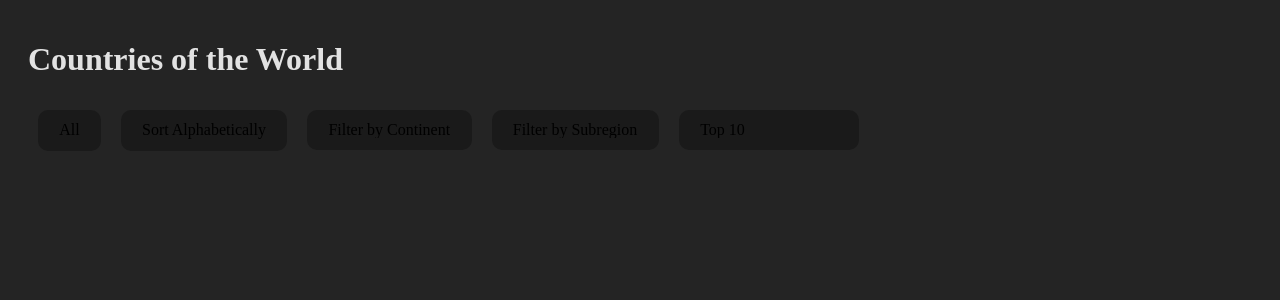
Repository: SandyLy453/comp-lab10
Page: /
These files come from the project's save history. The page is drawn as it stood at one moment and after the next save; the edit follows.
The browser window is 1280 px wide. The pictures show the whole page.
The page's requests for data from a server got no answer. The project was rebuilt for these pictures with package versions that can differ from the ones it lists, and the page was loaded fresh each time. No one was signed in, and anything a server would have sent is missing. Also part of the build but not shown: vite.config.js, src/components/Contry.jsx.

Above is the page before, as saved 2024-11-14 23:17:25.

### src/index.css
:root {
  font-family: "Poppins";
  font-weight: 400;

  color-scheme: light dark;
  color: rgba(255, 255, 255, 0.87);
  background-color: #242424;

  font-synthesis: none;
  text-rendering: optimizeLegibility;
  -webkit-font-smoothing: antialiased;
  -moz-osx-font-smoothing: grayscale;
  padding: 20px;
}

button,
select {
  border-radius: 10px;
  border: 2px solid transparent;
  padding: 0.6em 1.2em;
  font-size: 1em;
  font-weight: 500;
  font-family: inherit;
  background-color: #1a1a1a;
  cursor: pointer;
  transition: border-color 0.25s;
  margin: 10px;
}

button:hover,
select:hover {
  border-color: #79ff64;
}

button:focus,
button:focus-visible {
  border-color: #79ff64;
  background-color: #a2fe93;
  color: #242424;
}

select {
  -webkit-appearance: none; /* Safari support */
  -moz-appearance: none; /* Firefox support */
}

/* card styling */

.cardBox {
  display: flex;
  flex-direction: row;
  flex-wrap: wrap;
  justify-content: center;
  align-items: center;
}

.cardContainer {
  padding: 20px;
  border: 1px solid #79ff64;
  border-radius: 20px;
  margin: 10px 20px 10px 20px;
  width: fit-content;
}

.cardPhoto {
  width: 400px;
  height: auto;
  border-radius: 10px;
}

.cardTitle {
  font-size: 24px;
  margin-bottom: 0;
  padding-bottom: 5px;
}

.breaker {
  width: 400px;
  margin: 0 auto 5px auto;
  color: #79ff64;
  background-color: #79ff64;
  border: 1px solid #79ff64;
}

.cardInfo {
  padding-left: 10px;
}

### src/App.jsx
import { useState, useEffect } from 'react'
import Countries from './components/Contries'

function App() {
  const [countries, setCountries] = useState([]);
  const [filteredCountries, setFilteredCountries] = useState([]);
  const [filter, setFilter] = useState({ continent: "", subregion: "" });

  const uniqueContinents = [
    ...new Set(countries.map((country) => country.continents?.[0])),
  ].filter(Boolean); // Remove undefined values

  const uniqueSubregions = [
    ...new Set(countries.map((country) => country.subregion)),
  ].filter(Boolean); // Remove undefined values

  useEffect(() => {
    // Fetch data from the Rest Countries API
    const fetchData = async () => {
      const response = await fetch("https://restcountries.com/v3.1/all");
      const data = await response.json();
      setCountries(data);
      setFilteredCountries(data); // Initialize with all countries
    };

    fetchData();
  }, []);

  const handleFilter = (type, value) => {
    let updatedCountries = [...countries];

    if (type === "all") {
      setFilter({ continent: "", subregion: "" });
      setFilteredCountries(countries); // Reset to all countries
      return;
    }

    if (type === "continent") {
      setFilter({ ...filter, continent: value, subregion: "" });
      updatedCountries = updatedCountries.filter(
        (country) => country.continents[0] === value
      );
    } else if (type === "subregion") {
      setFilter({ ...filter, continent: "", subregion: value });
      updatedCountries = updatedCountries.filter(
        (country) => country.subregion === value
      );
    }

    setFilteredCountries(updatedCountries);
  };

  const handleTop10 = (criteria) => {
    if (!criteria) {
      setFilteredCountries(countries); // Reset if no selection
      return;
    }
    const sortedCountries = [...filteredCountries].sort((a, b) =>
      criteria === "population"
        ? b.population - a.population
        : b.area - a.area
    );
    setFilteredCountries(sortedCountries.slice(0, 10)); // Limit to top 10
  };

  const handleSort = () => {
    const sortedCountries = [...filteredCountries].sort((a, b) =>
      a.name.common.localeCompare(b.name.common)
    );
    setFilteredCountries(sortedCountries);
  };

  return (
    <>
      <div className="container">
        <h1>Countries of the World</h1>
        <div>
          <button onClick={() => handleFilter("all", "")}>All</button>
          <button onClick={handleSort}>Sort Alphabetically</button>
          <select
          value={filter.continent}
          onChange={(e) => handleFilter("continent", e.target.value)}
          >
          <option value="">Filter by Continent</option>
          {uniqueContinents.map((continent, index) => (
            <option key={index} value={continent}>
              {continent}
            </option>
          ))}
          </select>
          <select
            value={filter.subregion}
            onChange={(e) => handleFilter("subregion", e.target.value)}
          >
            <option value="">Filter by Subregion</option>
            {uniqueSubregions.map((subregion, index) => (
              <option key={index} value={subregion}>
                {subregion}
              </option>
            ))}
          </select>

          <select onChange={(e) => handleTop10(e.target.value)}>
            <option value="">Top 10</option>
            <option value="population">Top 10 by Population</option>
            <option value="area">Top 10 by Area</option>
          </select>
        </div>
        <Countries countries={filteredCountries} />
      </div>
    </>
  )
}

export default App

### src/components/Contries.jsx
import React from "react";
import Country from "./Contry";

export default function Countries ({ countries }) {
  return (
    <div className="cardBox">
      {countries.map((country, index) => (
        <Country key={index} country={country} />
      ))}
    </div>
  );
};

Loaded but not shown: index.html (common file); src/main.jsx (common file)

After the next save:
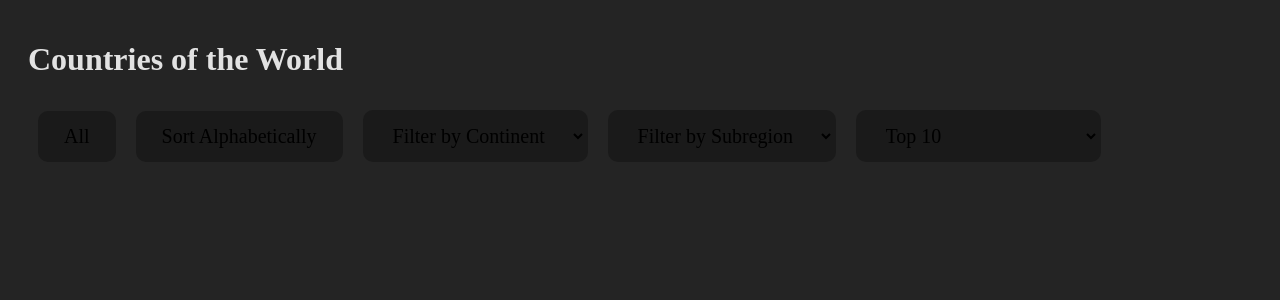
Saved 104 s later.
--- a/src/index.css
+++ b/src/index.css
@@ -18,7 +18,7 @@ select {
   border-radius: 10px;
   border: 2px solid transparent;
   padding: 0.6em 1.2em;
-  font-size: 1em;
+  font-size: 20px;
   font-weight: 500;
   font-family: inherit;
   background-color: #1a1a1a;
@@ -39,9 +39,8 @@ button:focus-visible {
   color: #242424;
 }
 
-select {
-  -webkit-appearance: none; /* Safari support */
-  -moz-appearance: none; /* Firefox support */
+option {
+
 }
 
 /* card styling */
